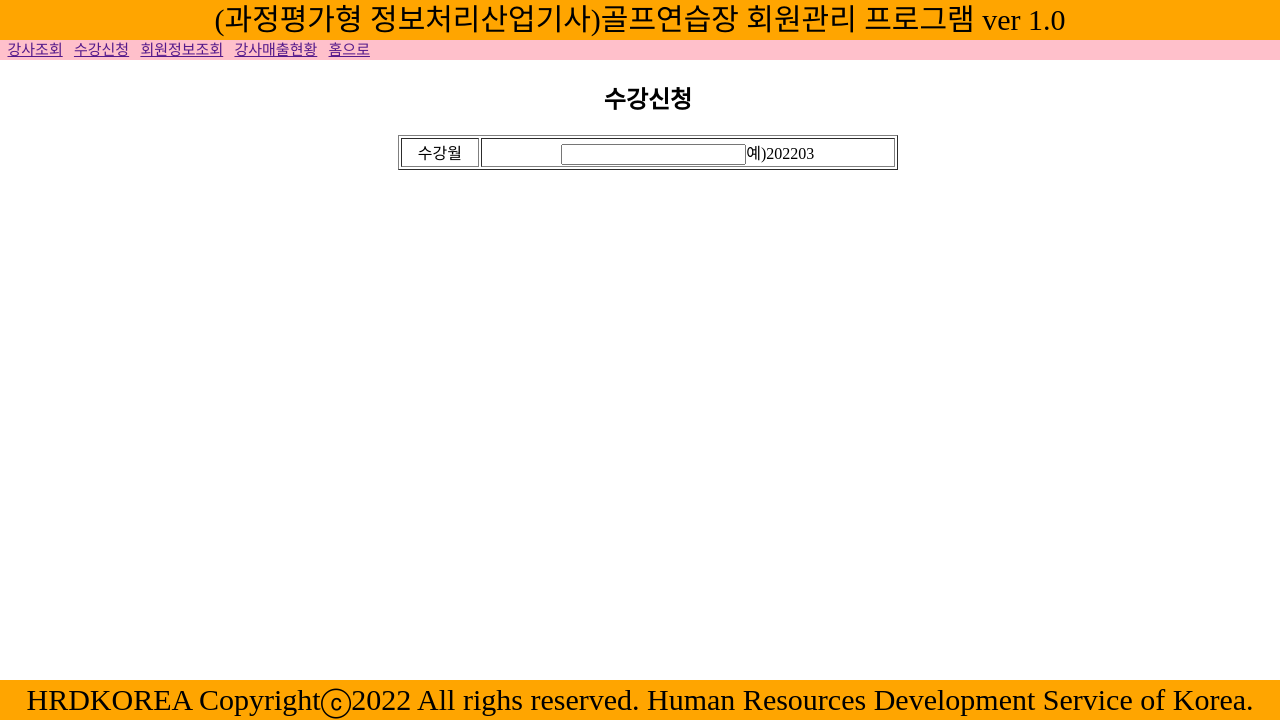
Repository: YeoJeongmo/hrdKorea
Page: http://localhost/HRD_1/insert.jsp
An editor plug-in stored every save of this project. The page is shown before and after the next save, followed by the edit.
The browser window is 1280 px wide. The pictures show the whole page.
The page is served by Tomcat 9. Other server files are loaded and not shown.

Above is the page before, as saved 2024-09-04 12:11:15.

### cbq_05/workspace/HRD_1/src/main/webapp/insert.jsp
<%@ page language="java" contentType="text/html; charset=UTF-8"
    pageEncoding="UTF-8"%>
<!DOCTYPE html>
<html>
<head>
<meta charset="UTF-8">
<title>Insert title here</title>
</head>
<body>
<jsp:include page="header.jsp"></jsp:include>
<section style="position: fixed; top: 60px; width: 100%;">
	<h2 style="text-align: center;">수강신청</h2>
	<form style="display: flex; justify-content: center; text-align: center;">
	<table border="1" style="width: 500px;">
		<tr>
			<td> 수강월 </td>
			<td> <input type="text" name="resist_month">예)202203 </td>
		</tr>
	</table>
	</form>
</section>
<jsp:include page="footer.jsp"></jsp:include>
</body>
</html>

### cbq_05/workspace/HRD_1/src/main/webapp/header.jsp
<%@ page language="java" contentType="text/html; charset=UTF-8"
    pageEncoding="UTF-8"%>
<!DOCTYPE html>
<html>
<head>
<meta charset="UTF-8">
<title>Insert title here</title>
</head>
<body>
<header style="position: fixed; top: 0; left: 0; line-height: 40px; width: 100%; height: 40px; font-size: 30px; text-align: center; background-color: orange; color: black;">(과정평가형 정보처리산업기사)골프연습장 회원관리 프로그램 ver 1.0</header>
<nav  style="position: fixed; top: 40px; left: 0; line-height: 20px; width: 100%; height: 20px; font-size: 15px; background-color: pink; color: black;">
&nbsp;&nbsp;<a href="">강사조회</a>
&nbsp;&nbsp;<a href="">수강신청</a>
&nbsp;&nbsp;<a href="">회원정보조회</a>
&nbsp;&nbsp;<a href="">강사매출현황</a>
&nbsp;&nbsp;<a href="">홈으로</a>
</nav>
</body>
</html>

### cbq_05/workspace/HRD_1/src/main/webapp/footer.jsp
<%@ page language="java" contentType="text/html; charset=UTF-8"
    pageEncoding="UTF-8"%>
<!DOCTYPE html>
<html>
<head>
<meta charset="UTF-8">
<title>Insert title here</title>
</head>
<body>
<footer style="position: fixed; bottom: 0; left: 0; line-height: 40px; width: 100%; height: 40px; font-size: 30px; text-align: center; background-color: orange; color: black;">HRDKOREA Copyrightⓒ2022 All righs reserved. Human Resources Development Service of Korea.</footer>
</body>
</html>

After the next save:
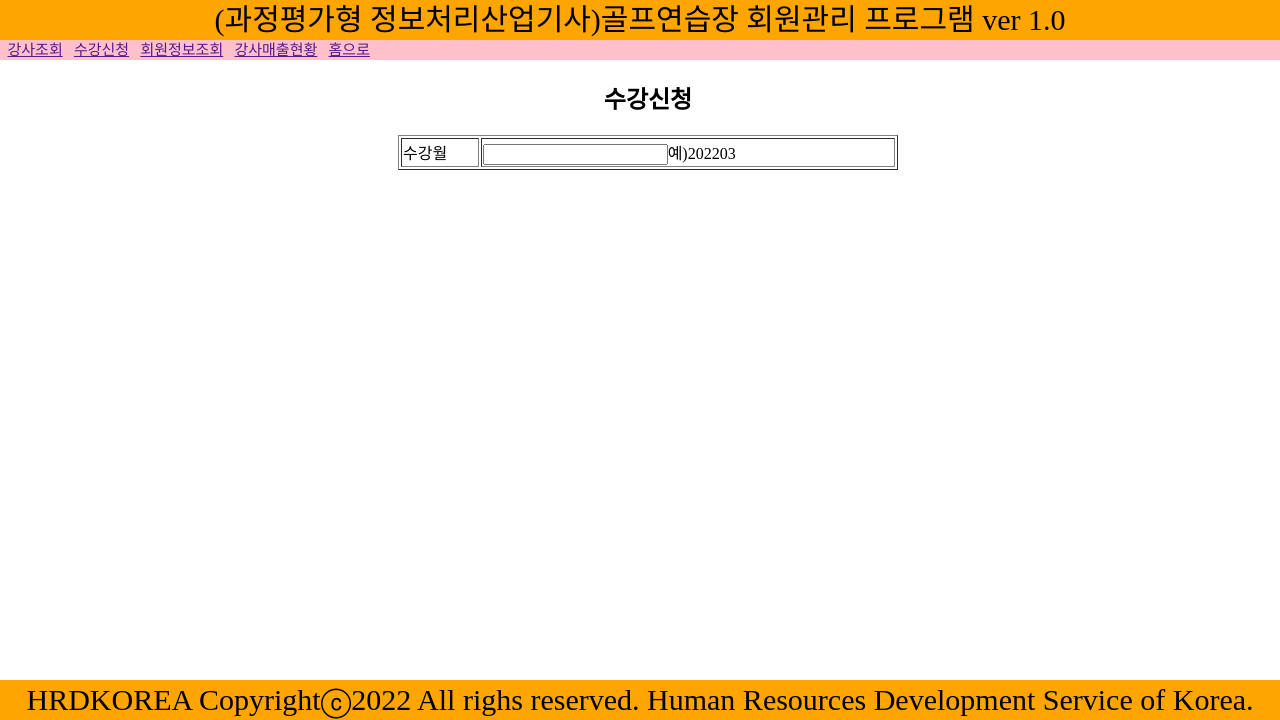
Saved 22 s later.
--- a/cbq_05/workspace/HRD_1/src/main/webapp/insert.jsp
+++ b/cbq_05/workspace/HRD_1/src/main/webapp/insert.jsp
@@ -11,7 +11,7 @@
 <section style="position: fixed; top: 60px; width: 100%;">
 	<h2 style="text-align: center;">수강신청</h2>
 	<form style="display: flex; justify-content: center; text-align: center;">
-	<table border="1" style="width: 500px;">
+	<table border="1" style="width: 500px; text-align: left;">
 		<tr>
 			<td> 수강월 </td>
 			<td> <input type="text" name="resist_month">예)202203 </td>
